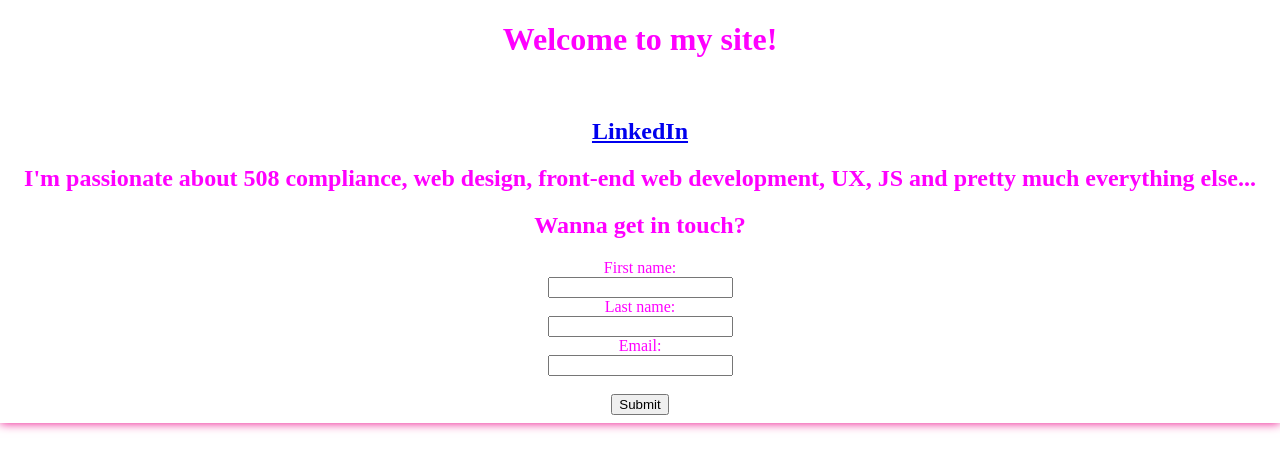
Repository: jasvr/jasvr.io
Page: index.html
The author's editor kept a copy of each file at every save. The page is drawn from the files as they stood at one save, then again after the next save.
The browser window is 1280 px wide. The pictures show the whole page.
The first visible `*` has the focus.

Above is the page before, as saved 2020-01-09 21:48:57.

After the next save:
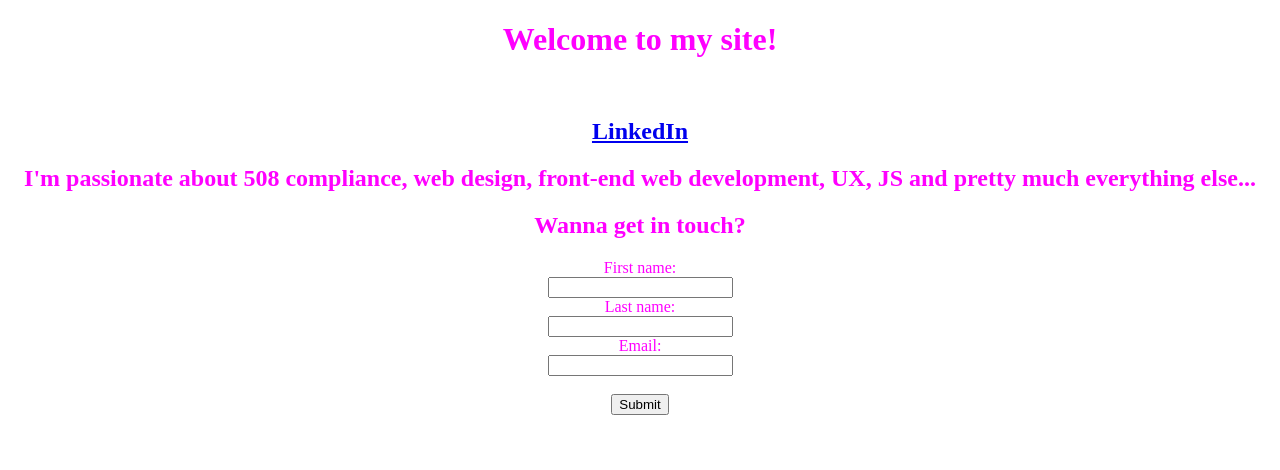
Saved 118 s later.
--- a/style.css
+++ b/style.css
@@ -5,7 +5,7 @@ body{
 
     *:focus{
         outline: 0;
-        box-shadow: 0 0 10px #eb0486;
+        /* box-shadow: 0 0 10px #eb0486; */
         border-color: #eb0486;
     }
 
